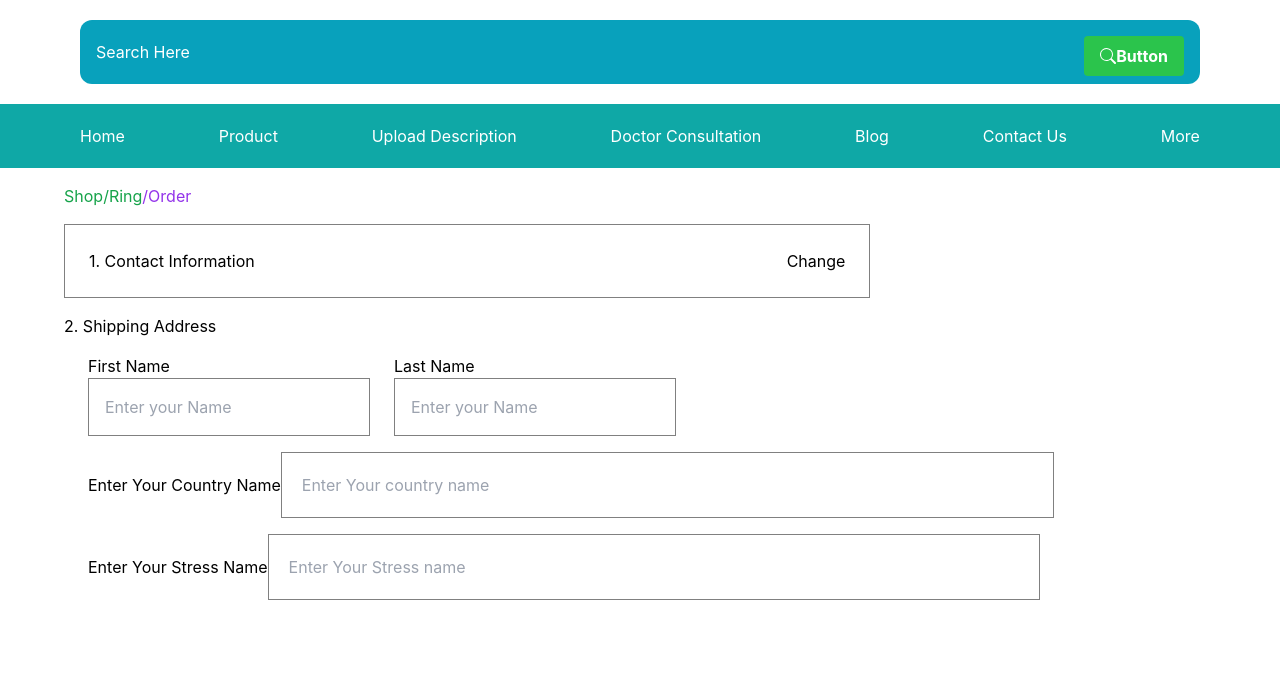
Repository: arafatmollah/form-pharma
Page: /
The author's editor kept a copy of each file at every save. The page is drawn from the files as they stood at one save, then again after a run of saves.
The browser window is 1280 px wide. The pictures show the whole page.
The project was rebuilt for these pictures with package versions that can differ from the ones it lists, and the page was loaded fresh each time.

Above is the page before, as saved 2023-03-14 23:55:02.

After the next 2 saves:
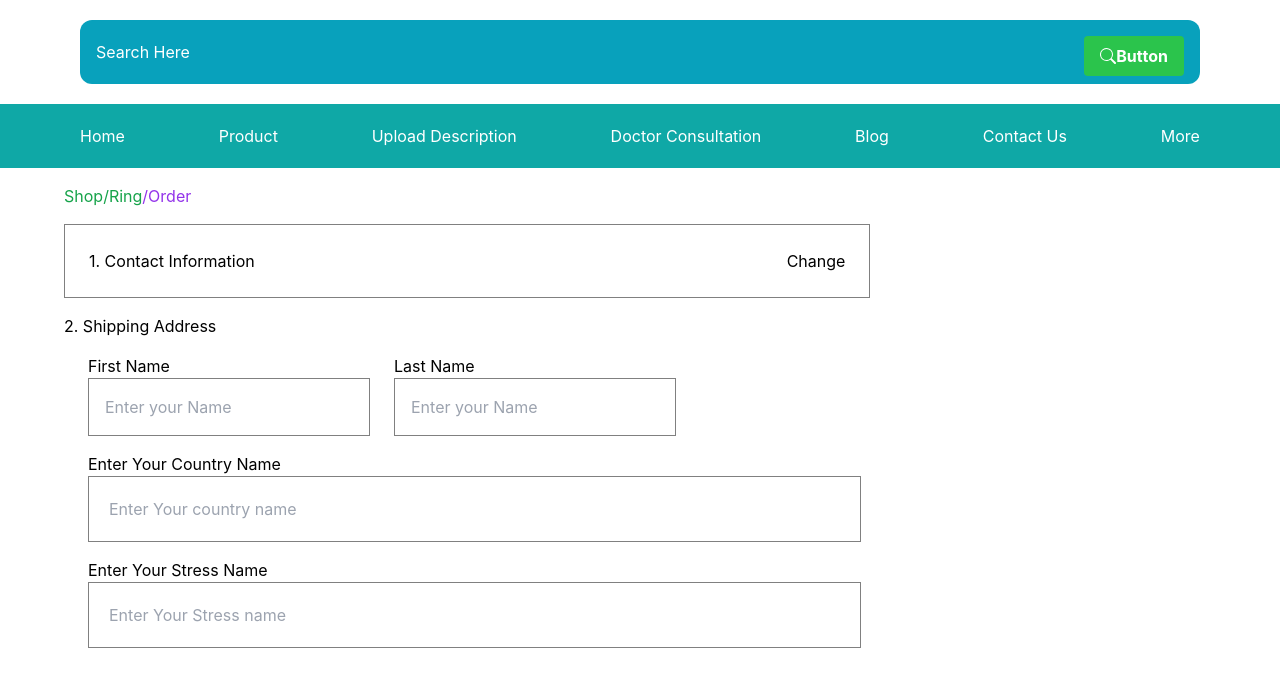
The 2 saves are shown as one change because they came seconds apart.
The last was saved 16 s later.
--- a/src/Form.js
+++ b/src/Form.js
@@ -28,11 +28,11 @@ function form() {
                 </div>
                </div>
                <div className='my-4 mx-6'>
-                <label>Enter Your Country Name</label>
+                <label>Enter Your Country Name</label><br></br>
                 <input className='an input p-5' type='text' placeholder='Enter Your country name'></input>
                </div>
                <div className='my-4 mx-6'>
-                <label>Enter Your Stress Name</label>
+                <label>Enter Your Stress Name</label><br></br>
                 <input className='an input p-5' type='text' placeholder='Enter Your Stress name'></input>
                </div>
               </form>
